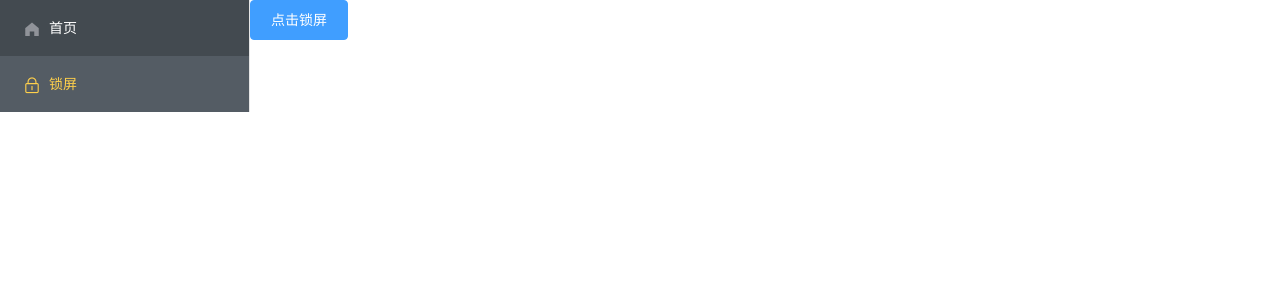
Repository: wujingwenwu/-vue-2.0
Page: /lockScreen
These files come from the project's save history. The page is drawn as it stood at one moment and after the next save; the edit follows.
The browser window is 1280 px wide. The pictures show the whole page.
The project was rebuilt for these pictures with package versions that can differ from the ones it lists, and the page was loaded fresh each time. Also part of the build but not shown: src/views/Home.vue.

Above is the page before, as saved 2020-10-01 14:01:08.

### src/main.js
import Vue from "vue";
import App from "./App.vue";
import router from "./router";
import store from "./store";
import ElementUI from 'element-ui';
import 'element-ui/lib/theme-chalk/index.css';
import  "./globalComponents"
Vue.config.productionTip = false;
Vue.use(ElementUI);
new Vue({
  router,
  store,
  render: h => h(App)
}).$mount("#app");

### src/App.vue
<template>
  <div id="app">

    <router-view />
  </div>
</template>

<style lang="scss">
@import "./style/demo";
*{
  margin: 0;
  padding: 0;
}
</style>

### src/router/index.js
import Vue from "vue";
import VueRouter from "vue-router";
import Home from "../views/Home.vue";
import Layout from "../views/layout/layout"
Vue.use(VueRouter);

const routes = [
  {
    path: "/home",
    name: "",
    component: Home
  },
  {
    path: "",
    component: Layout,
    children:[
      {
        path: "/",
        name: "Home",
        component: Home
      },
      {
        path: "/lockScreen",
        name: "LockScreen",
        component: () =>
          import("../views/lockScreen/LockScreen")
      },
    ]
  },
  {
    path: "/about",
    name: "About",
    component: () =>
      import("../views/About.vue")
  },
];

const router = new VueRouter({
  mode: "history",
  base: process.env.BASE_URL,
  routes
});
router.beforeEach((to, from, next) => {
  const lockFlag = localStorage.getItem('password');
  if(lockFlag === '0'&&from.path!=="/lockScreen"){
      next(false)
  }else{
    next()
  }
})
export default router;

### src/store/index.js
import Vue from "vue";
import Vuex from "vuex";

Vue.use(Vuex);

export default new Vuex.Store({
  state: {
    // passpords:''
  },
  mutations: {
    // setUser(state, data) {
    //   state.passpords = data
    // }
  },
  actions: {},
  modules: {}
});

### src/globalComponents/index.js
import Vue from 'vue'

import WLockScreen from '../components/w-lockScreen/w-lockScreen'


Vue.component('wLockScreen', WLockScreen)

### src/style/demo.scss
.d-f{
    display: flex;
    /* 弹性盒模型 */
}
.f-s-12{
    font-size: 12px;
    /* 字体大小为12px */
}
.f-s-14{
    font-size: 14px;
    /* 字体大小为14px */
}
.f-s-16{
    font-size: 16px;
    /* 字体大小为16px */
}
.f-w{
    font-weight: 700;
    /*字体 加粗 */
}
.f-c-ho{
    color: #f00;
    /* 红色 */
}
.f-c-hu{
    color: #ccc;
    /* 灰色 */
}
.f-c-b{
    color: #ffffff;
    /* 白色 */
}
.f-c-he{
    color: #000;
    /* 黑色 */
}
.t-a-l{
    text-align: left;
    /* 文本左对齐 */
}
.t-a-c{
    text-align: center;
    /* 文本居中 */
}
.t-a-r{
    text-align: right;
    /* 文本右对齐 */
}
.t-d-u{
    text-decoration: underline;
    /* 装饰在文本底部 */
}
.t-d-o{
    text-decoration: overline;
    /* 装饰在顶部 */
}
.t-d-l-t{
    text-decoration: line-through;
    /* 装饰在文本中间 */
}
.d-i{
    display: inline;
    /* 块级元素装换成行内元素 */
}
.d-i-b{
    display: inline-block;
    /* 块级元素装换成行内块元素 */
}
.d-b{
    display: block;
    /* 行内和行内块元素装换成块级元素 */
}
.d-n{
    display: none;
    /* 隐藏元素 */
}
.p-r{
    position: relative;
    /* 相对定位 */
}
.p-a{
    position: absolute;
    /* 绝对定位 */
}
.p-f{
    position: fixed;
    /* 固定定位 */
}
.b-r-50{
    border-radius: 50%;
    /* 圆角为50% */
}
.j-c-s-a{
    justify-content: space-around;
   /* 两边的子元素距离父元素的两边有间距，然后中间距离自动等分 */
}
.j-c-s-b{
    justify-content: space-between;
    /* 两边的子元素距离父元素没有间距，然后中间距离自动等分 */

}
.j-c-c{
    justify-content: center;
     /* 所有的子元素相当于父元素水平居中 */
}
.a-i-c{
    align-items: center;
    /* （竖轴排列方式）子元素相当于父元素垂直方向居中 */
}
.f-d-c{
    flex-direction: column;
    /* 弹性盒模型的竖项排列方式 */
}
*{
  margin: 0;
  padding: 0;
  /* 清除游览器的痕迹 */
}
.conter{
    display: flex;
    justify-content: center;
    /* 弹性盒模型，所有的文本在页面的中间 */
}
.warp{
   width: 1280px;
   /* 宽度为1280px，基本上不会超过1400px */
}
.o-h{
    overflow: hidden;
    /* 超出部分隐藏 */
}
.w-o-t{
    white-space: nowrap;
    overflow: hidden;
    text-overflow: ellipsis;
    /* 超出部分隐藏（只限字体） */
}
.d-n{
    display: none;
    /* 不占位置 */
}
.v-h{
    visibility: hidden;
    /* 占位置 */
}
.f-w-w{
    flex-wrap: wrap;
    /* 换行 */
}
.w-s-n{
    white-space: nowrap;
    /* 内容不换行 */
}
.m-t-20{
    margin-top: 20px;
    /* 向下20 */
}
.m-l-20{
    margin-left: 20px;

}
.m-t-10{
    margin-top: 10px;
}
.m-l-10{
    margin-left: 10px;
}
.b-c-hong{
    background-color: red;
}
.b-c-hei{
    background-color: black;
}
.b-c-bai{
    background-color: #ffffff;
}
.b-c-hui{
    background-color: #ccc;
}
.b-1-s-hong{
    border: 1px solid red;
}
.b-1-d-hong{
    border: 1px dashed red;
}
.b-1-s-bai{
    border: 1px solid #ffffff;
}
.b-1-d-bai{
    border: 1px dashed #ffffff;
}
.b-1-s-hei{
    border: 1px solid black;
}
.b-1-d-hei{
    border: 1px dashed black;
}
.b-1-s-hui{
    border: 1px solid #ccc;
}
.b-1-d-hui{
    border: 1px dashed #ccc;
}
.b-l-n{
    border-left: none;
    /* 左边框隐藏 */
}
.b-t-n{
    border-top: none;
}
.b-r-n{
    border-right: none;
}
.b-b-n{
    border-bottom: none;
}
.m-t-15{
    margin-top: 15px;
}
.m-t-30{
    margin-top: 30px;
}
.m-t-5{
    margin-top: 5px;
}
.b-none{
    border: none;
}
.f-s-18{
    font-size: 18px;
}
.m-l--10{
    margin-left: -10px;
}
.m-l-40{
    margin-left: 40px;
}
.o-n{
    outline: none;
    /* 隐藏边框 */
}

### src/views/layout/layout.vue
<template>
 <div >
  <div class="d-f">
     <div class="commit">
      <el-menu
      :default-active="$route.path"
      class="el-menu-vertical-demo"
      background-color="#545c64"
      text-color="#fff"
      active-text-color="#ffd04b" v-for="item in arr" :key="item.path">
      <el-menu-item   :index="item.path" @click="select(item.path)">
        <i :class="item.icon"></i>
        <span slot="title">{{item.name}}</span>
      </el-menu-item>
    </el-menu>
     </div>
    <router-view></router-view>
  </div>
 </div>
</template>

<script>
 export default {
   data () {
     return {
       arr:[
        {icon:"el-icon-s-home",name:"首页",path:'/'},
        {icon:"el-icon-lock",name:"锁屏",path:'/lockScreen'},

       ]
     }
   },
   components: {

   },
   methods: {
   select(path){
     console.log(path);
     this.$router.push(path)
   },
   },
   mounted() {

   },
   watch: {

   },
   computed: {

   }
 }
</script>

<style scoped lang='scss'>
.commit{
    width: 250px;
}
</style>

### src/views/lockScreen/LockScreen.vue
<template>
 <div>

 <wLockScreen :dialogVisible.sync="dialogVisible" @screen="screen" @cancel="cancel" @ok="ok" @handleClose="handleClose">
 <!--<template v-slot:footer>1212112</template>-->
 </wLockScreen>
 </div>
</template>

<script>
 export default {
   data () {
     return {
     dialogVisible: false,

     }
   },
   components: {

   },
   methods: {
      handleClose() {
        this.$confirm('确认关闭？')
          .then((res) => {
            console.log(res);
            this.dialogVisible=false
          })
          .catch((err) => {
              console.log(err);
          });
      },
     screen(){
       this.dialogVisible=true
     },
     cancel(){
       this.dialogVisible=false
     },
     ok(){
      this.dialogVisible=false
     },

   },
   mounted() {

   },
   watch: {

   },
   computed: {

   }
 }
</script>

<style scoped lang='scss'>
.img{
  width: 70px;
  height: 70px;
}
</style>

### src/components/w-lockScreen/w-lockScreen.vue
<template>
 <div>
 <slot name="footer" v-if="$slots.footer"></slot>
<el-button type="primary" @click="screen" v-else>点击锁屏</el-button>
 <el-dialog
  title="提示"
  :visible.sync="dialogVisible"
  width="30%"
  :before-close="handleClose">
  <el-input placeholder="请输入密码" v-model="input" show-password></el-input>
  <span slot="footer" class="dialog-footer">
    <el-button @click="cancel">取 消</el-button>
    <el-button type="primary" @click="ok">确 定</el-button>
  </span>
</el-dialog>
<div class="box d-f j-c-c a-i-c" v-if="flag===false">
 <div class="box1 d-f f-d-c a-i-c j-c-c">
 <img src="../../image/97e9216ce0b02d45c9969a5ac37a7454.jpg" alt="" class="imgs">
 <el-input placeholder="请输入密码" v-model="value" show-password class="input"></el-input>
   <div class="m-t-20">
   <el-button type="primary" @click="unlock" >点击解锁</el-button>
   </div>
 </div>
</div>

 </div>
</template>

<script>
 export default {
     props:{
       dialogVisible:{
           type: Boolean,
       },
     },
   data () {
     return {
        input:'',
        flag: true,
        password:'',
        value:'',
     }
   },
   components: {

   },
   methods: {
      handleClose() {
       this.$emit("handleClose")
      },
      screen(){
       this.$emit("screen")
      },
      cancel(){
         this.$emit("cancel")
      },
      ok(){
        if(this.input ===""){
      this.$message.error('密码不能为空');
        }else{
          localStorage.setItem("password",this.input)
          //存vuex
          // this.$store.commit("setUser",this.input)
          // console.log(this.$store.state.passpords);
           this.$emit("ok"),
           this.flag=false
           localStorage.setItem("flag",JSON.stringify(this.flag))
        }
      },
      unlock(){
           this.password=localStorage.getItem('password')
        console.log(this.password);

        if(this.password===this.value){

           this.flag=true
           localStorage.removeItem("password")
            localStorage.removeItem("flag")
           this.$message({
          message: '解锁成功',
          type: 'success'
        });
        this.input=""


        }if(this.value==''){
         this.$message.error('密码不能为空');

        }if(this.password!==this.value&&this.value !==""){
          this.$message.error('密码不正确');
            console.log(this.password);
        console.log(this.value);
        }
      }
   },
   mounted() {
    //  this.password=this.setPasswords





    //  console.log(this.setPasswords);
      this.flag=JSON.parse(localStorage.getItem("flag"))
   },
   watch: {

   },
   computed: {
    //  setPasswords(){
    //    return this.$store.state.passpords
    //  }
   }
 }
</script>

<style scoped lang='scss'>
.box{
  position: absolute;
  top: 0;
  left: 0;
  bottom: 0;
  right: 0;
  background: rgba($color: #000000, $alpha: 0.5);
 background: url('../../image/2c61cf188329362c571d64eda1196571.jpg');
 width: 100%;
 height: 100%;
}
.box1{
  width: 400px;
  height: 300px;
  background: white;
  border-radius: 10px;
  box-shadow: 0px 0px 20px #cccccc;
}
.input{
  width: 300px;
}
.imgs{
  width: 100px;
  height: 100px;
  border-radius: 50px;
  margin-bottom: 20px;
}
</style>

Loaded but not shown: public/index.html (common file)

After the next save:
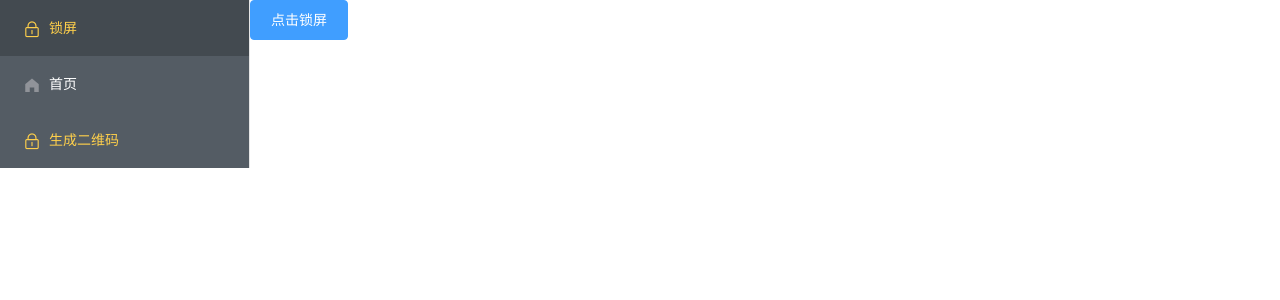
Saved 3 min 46 s later.
--- a/src/views/layout/layout.vue
+++ b/src/views/layout/layout.vue
@@ -24,8 +24,8 @@
    data () {
      return {
        arr:[
-        {icon:"el-icon-s-home",name:"首页",path:'/'},
-        {icon:"el-icon-lock",name:"锁屏",path:'/lockScreen'},
+      {icon:"el-icon-lock",name:"锁屏",path:'/lockScreen'},  {icon:"el-icon-s-home",name:"首页",path:'/'},
+      {icon:"el-icon-lock",name:"生成二维码",path:'/lockScreen'},
 
        ]
      }
